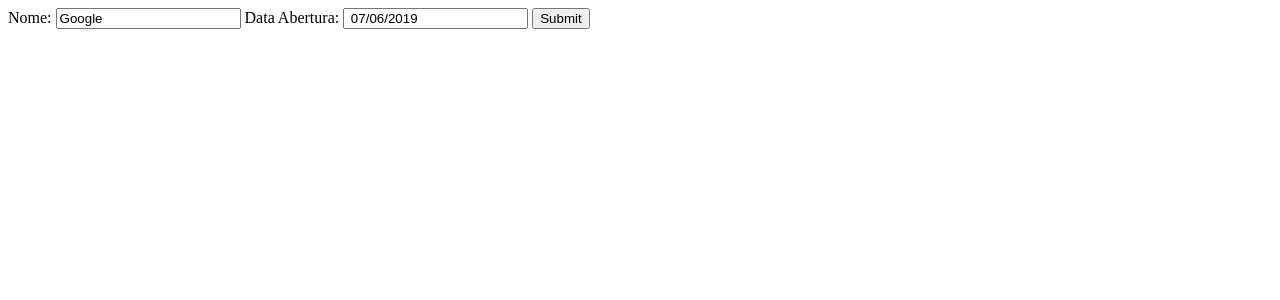
Repository: robsondmf1234/JAVA-EE
Page: http://localhost/gerenciador/mostraEmpresa?id=1
An editor plug-in stored every save of this project. The page is shown before and after the next save, followed by the edit.
The browser window is 1280 px wide. The pictures show the whole page.
The page is served by Tomcat 9.

Above is the page before, as saved 2019-06-30 19:10:07.

After the next save:
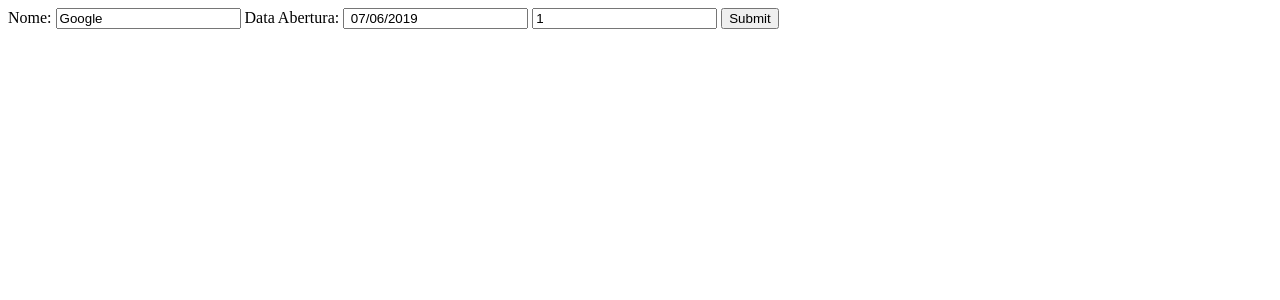
Saved 93 s later.
--- a/gerenciador/WebContent/formAlteraEmpresa.jsp
+++ b/gerenciador/WebContent/formAlteraEmpresa.jsp
@@ -1,7 +1,7 @@
 <%@ taglib uri="http://java.sun.com/jsp/jstl/core" prefix="c"%>
 <%@ taglib uri="http://java.sun.com/jsp/jstl/fmt" prefix="fmt"%>
 
-<c:url value="/alteraEmpresa" var="linkServletNovaEmpresa"/>
+<c:url value="/alteraEmpresa" var="linkServletNovaEmpresa" />
 
 <!DOCTYPE html>
 <html>
@@ -13,9 +13,10 @@
 
 	<form action="${linkServletNovaEmpresa}" method="post">
 		Nome: <input name="nome" type="text" value="${empresa.nome}">
-		Data Abertura: <input name="data" type="text" value=" <fmt:formatDate value="${empresa.dataAbertura}" pattern="dd/MM/yyyy" /> ">
-
-		<input type="submit">
+		Data Abertura: <input name="data" type="text"
+			value=" <fmt:formatDate value="${empresa.dataAbertura}" pattern="dd/MM/yyyy" /> ">
+		<input type="text" name="id" value="${empresa.id}"> <input
+			type="submit">
 	</form>
 
 </body>
